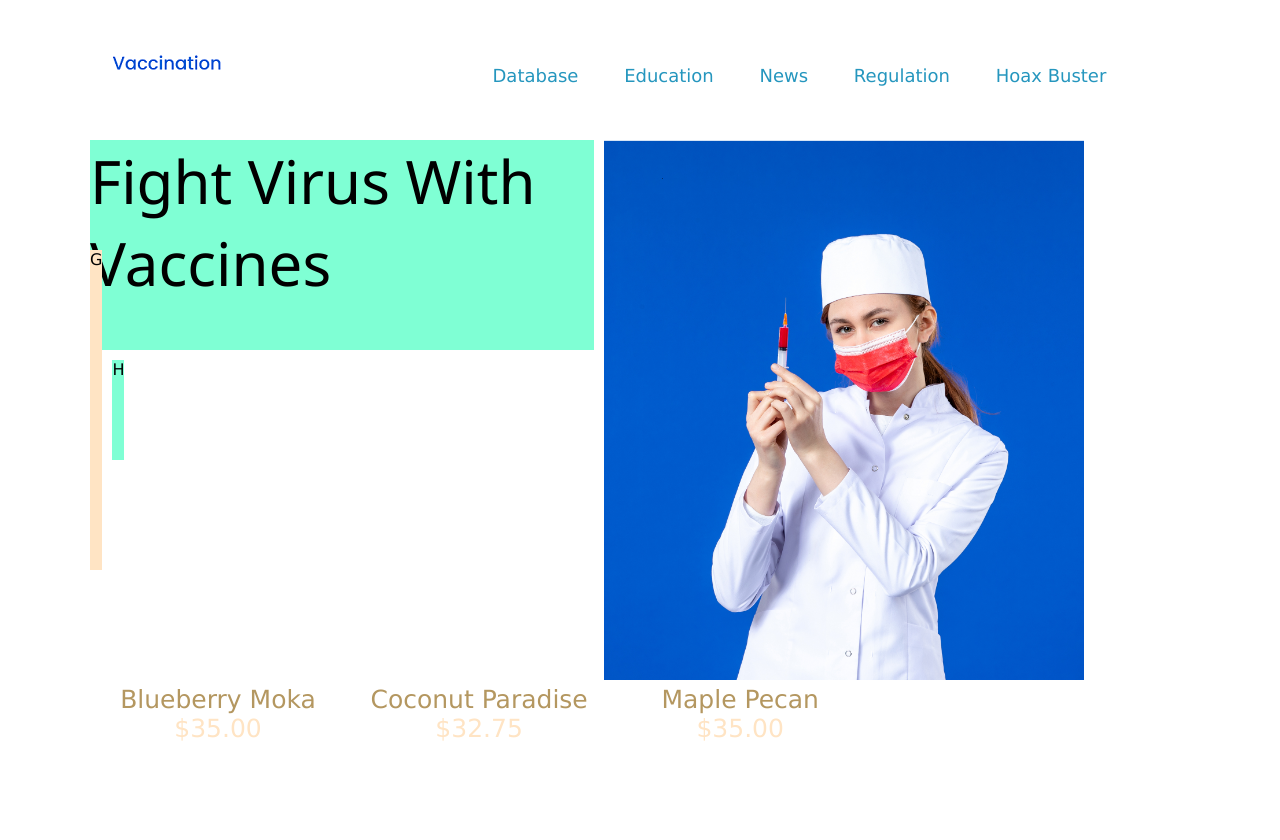
Repository: roge64/cssfrontend
Page: index.html
An editor plug-in stored every save of this project. The page is shown before and after the next save, followed by the edit.
The browser window is 1280 px wide. The pictures show the part of the page from y = 0 to 840 px (the page is 2133 px tall).
A picture or video elsewhere on the page could not be fetched, so the positions and the page height are approximate.

Above is the page before, as saved 2022-03-10 11:14:48.

After the next save:
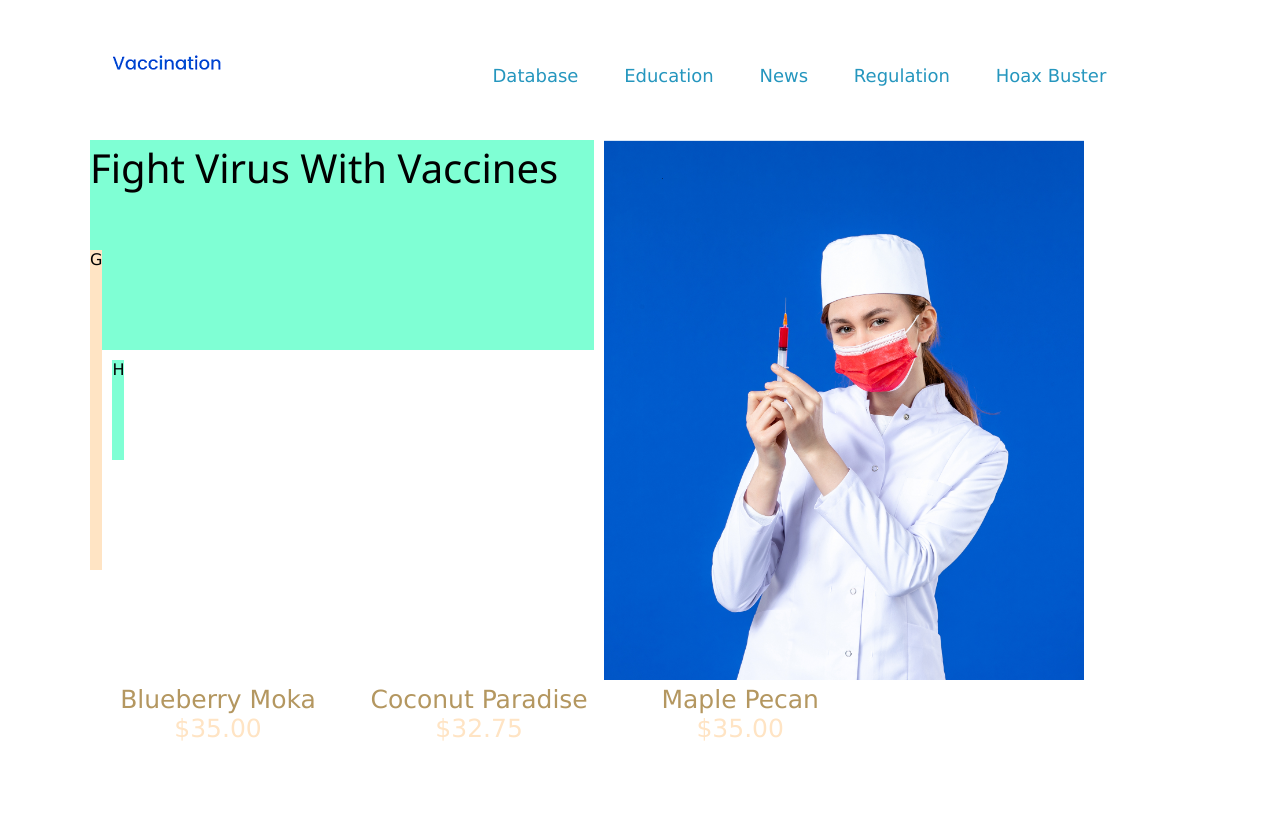
Saved 6 s later.
--- a/estilos/estilos.css
+++ b/estilos/estilos.css
@@ -267,7 +267,7 @@
     grid-row: 1 / 3;
     background-color:aquamarine;
     font-family: 'Segoe UI', Tahoma, Geneva, Verdana, sans-serif;
-    font-size: 60px;
+    font-size: 40px;
   }
   .f {
     grid-column: 50 / 99;
